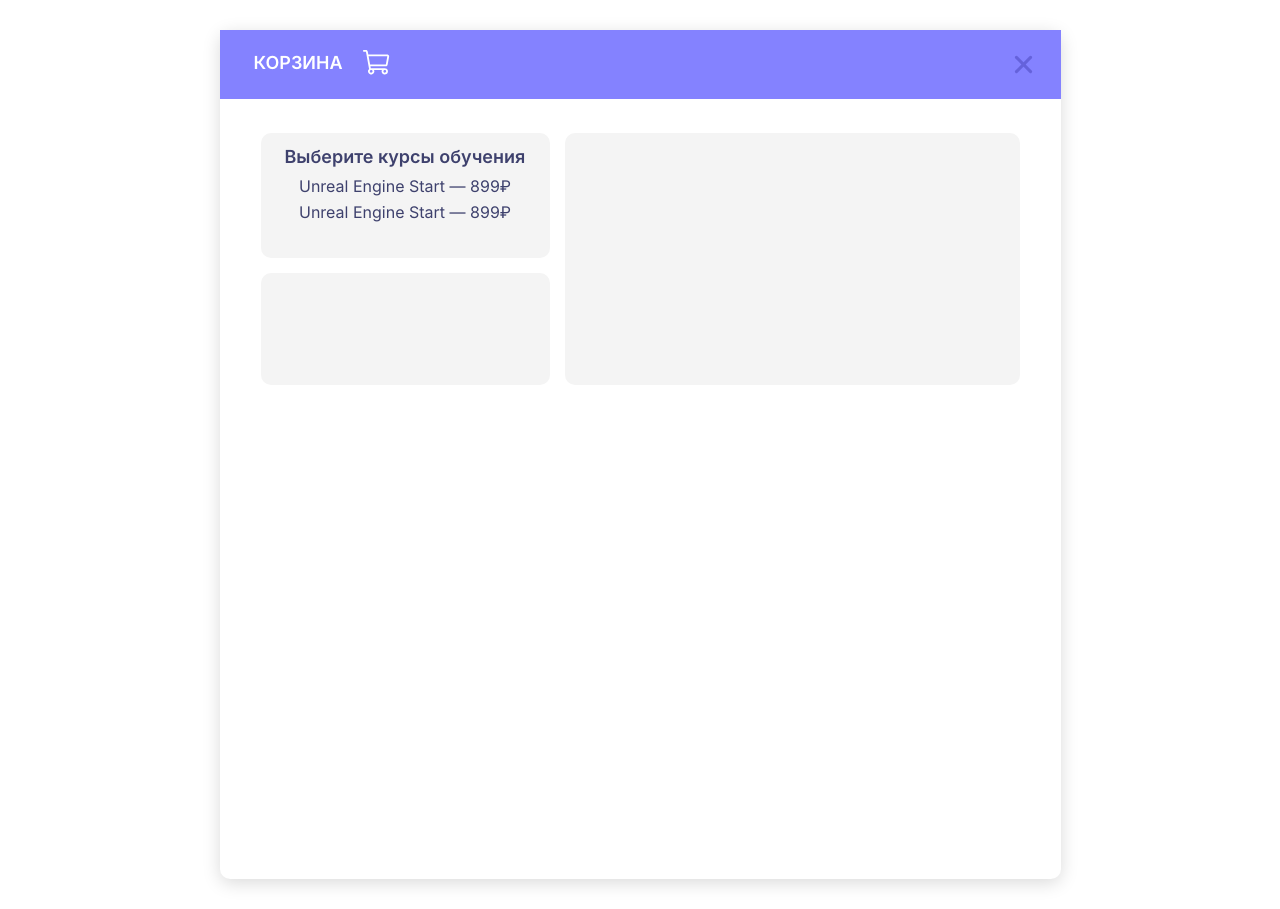
Repository: bek77g/unreal.academy
Page: basket.html
An editor plug-in stored every save of this project. The page is shown before and after the next save, followed by the edit.
The browser window is 1280 px wide. The pictures show the whole page.
The style sheet was rebuilt from its Sass, Less or Tailwind sources for each picture, by a compiler version that may differ from the author's.

Above is the page before, as saved 2021-05-05 17:00:08.

### basket.html
<!DOCTYPE html>
<html lang="en">
<head>
  <meta charset="UTF-8">
  <meta http-equiv="X-UA-Compatible" content="IE=edge">
  <meta name="viewport" content="width=device-width, initial-scale=1.0">
  <link rel="stylesheet" href="./src/css/style.css">
  <title></title>
</head>
<body>
    <main>
        <section class="basket">
            <div class="container">
                <div class="basket__card">
                    <div class="basket__header">
                        <div class="basket__logo">
                            <h3 class="basket__logo-title">КОРЗИНА</h3>
                            <div class="basket__logo-img">
                                <svg width="27" height="25" viewBox="0 0 27 25" fill="none" xmlns="http://www.w3.org/2000/svg">
                                    <path d="M24.6193 14.843L26.1041 6.67641C26.1516 6.41488 26.1411 6.1461 26.0734 5.88907C26.0056 5.63204 25.8822 5.39303 25.7119 5.18895C25.5415 4.98487 25.3285 4.8207 25.0877 4.70804C24.847 4.59538 24.5844 4.53699 24.3186 4.53699H5.29406L4.74012 1.49018C4.66427 1.07194 4.44395 0.693632 4.11763 0.421277C3.79131 0.148922 3.37971 -0.000178689 2.95468 1.60714e-07H0.907352C0.666707 1.60714e-07 0.435919 0.0956007 0.265757 0.265771C0.0955957 0.435941 0 0.666741 0 0.907398C0 1.14806 0.0955957 1.37886 0.265757 1.54903C0.435919 1.7192 0.666707 1.8148 0.907352 1.8148H2.95457L5.98319 18.4726C6.01027 18.6199 6.05549 18.7634 6.11782 18.8996C5.6648 19.2824 5.32806 19.7845 5.14574 20.3489C4.96343 20.9133 4.94283 21.5174 5.0863 22.0929C5.22976 22.6684 5.53154 23.1922 5.95744 23.605C6.38334 24.0178 6.91634 24.303 7.49602 24.4283C8.07571 24.5536 8.67891 24.5141 9.23728 24.3141C9.79564 24.1142 10.2868 23.7618 10.6552 23.297C11.0236 22.8322 11.2544 22.2734 11.3215 21.6841C11.3886 21.0948 11.2893 20.4985 11.0349 19.9628H18.9077C18.6129 20.5845 18.528 21.2851 18.6657 21.9593C18.8035 22.6335 19.1565 23.2446 19.6716 23.7008C20.1867 24.157 20.836 24.4336 21.5219 24.4888C22.2077 24.5441 22.8929 24.3751 23.4744 24.0072C24.0559 23.6393 24.5021 23.0926 24.746 22.4491C24.9899 21.8057 25.0182 21.1005 24.8267 20.4396C24.6352 19.7787 24.2342 19.1979 23.6841 18.7846C23.134 18.3713 22.4645 18.1479 21.7764 18.148H7.76863L7.43859 16.3332H22.8339C23.2589 16.3334 23.6705 16.1842 23.9968 15.9119C24.3231 15.6395 24.5434 15.2612 24.6193 14.843ZM9.5272 21.3239C9.5272 21.5931 9.44737 21.8562 9.29782 22.08C9.14827 22.3039 8.93571 22.4783 8.68701 22.5814C8.43832 22.6844 8.16466 22.7113 7.90064 22.6588C7.63663 22.6063 7.39412 22.4767 7.20378 22.2863C7.01343 22.0959 6.88381 21.8534 6.83129 21.5894C6.77878 21.3254 6.80573 21.0517 6.90874 20.803C7.01176 20.5543 7.1862 20.3417 7.41002 20.1922C7.63384 20.0426 7.89698 19.9628 8.16617 19.9628C8.52702 19.9632 8.87297 20.1067 9.12813 20.3619C9.38329 20.617 9.52681 20.963 9.5272 21.3239ZM23.1375 21.3239C23.1375 21.5931 23.0577 21.8562 22.9081 22.08C22.7586 22.3039 22.546 22.4783 22.2973 22.5814C22.0486 22.6844 21.7749 22.7113 21.5109 22.6588C21.2469 22.6063 21.0044 22.4767 20.8141 22.2863C20.6237 22.0959 20.4941 21.8534 20.4416 21.5894C20.3891 21.3254 20.416 21.0517 20.519 20.803C20.622 20.5543 20.7965 20.3417 21.0203 20.1922C21.2441 20.0426 21.5073 19.9628 21.7764 19.9628C22.1373 19.9632 22.4833 20.1067 22.7384 20.3619C22.9936 20.617 23.1371 20.963 23.1375 21.3239ZM5.62399 6.35179H24.3186L22.834 14.5184H7.10865L5.62399 6.35179Z" fill="white"/>
                                    </svg>
                            </div>
                        </div>
                        <div class="close-btn"></div>
                    </div>
                    <div class="basket__content">
                        <div class="basket__content-mcol">
                            <div class="basket__content-col">
                                <h4 class="basket__content-title">Выберите курсы обучения</h4>
                                <div class="checkbox basket__content-checkbox">
                                    <input type="checkbox" class="basket__checkbox">
                                    <label for="" class="basket__content-txt"><span>Unreal Engine Start — 899₽</span></label>
                                </div>
                                <div class="checkbox basket__content-checkbox">
                                    <input type="checkbox" class="basket__checkbox">
                                    <label for=""><span class="basket__content-txt">Unreal Engine Start — 899₽</span></label>
                                </div>
                            </div>
                            <div class="basket__content-col"></div>
                        </div>
                        <div class="basket__content-mcol">
                            <div class="basket__content-col basket__content-col-second"></div>
                        </div>
                    </div>
                </div>
            </div>
        </section>
    </main>
</body>

### src/scss/style.scss
@import url(../fonts/inter/stylesheet.css);
@import "../libs/bs/bootstrap-grid.min.css";

* {
  margin: 0;
  padding: 0;
  box-sizing: border-box;
  scroll-behavior: smooth;
}

.container {
  max-width: 1240px;
}

$inter: "Inter", sans-serif;

@mixin text($ff, $ft, $fw, $fs, $lh, $cr) {
  font-family: $ff;
  font-style: $ft;
  font-weight: $fw;
  font-size: $fs;
  line-height: $lh;
  color: $cr;
}

a {
  text-decoration: none;
  outline: none;
}
ul {
  list-style: none;
}

.close-btn {
  width: 23px;
  position: relative;
  background: transparent;
  height: 3px;
  cursor: pointer;
  &::before {
    content: "";
    position: absolute;
    border-radius: 100px;
    width: 100%;
    height: 100%;
    background: #6562db;
    transform: rotate(45deg);
  }
  &::after {
    content: "";
    position: absolute;
    border-radius: 100px;
    width: 100%;
    height: 100%;
    background: #6562db;
    transform: rotate(-45deg);
  }
}
.checkbox {
  display: flex;
  justify-content: center;
  align-items: center;
}

@import "header";
@import "home";
@import "video";
@import "courses";
@import "features";
@import "devstart";
@import "exs";
@import "lector";
@import "certificate";
@import "challange";
@import "slider";
@import "basket";

### src/scss/header.scss
.header {
  position: absolute;
  background-color: #fff;
  width: 100%;
  height: 140px;
  &__nav {
    display: flex;
    margin-top: 48px;
    justify-content: space-between;
    align-items: center;
  }
  &__logo {
    @include text($inter, normal, normal, 13px, 25px, #8482ff);
    &-part {
      color: #3e416d;
    }
  }
  &__mnu {
    display: flex;
    margin-top: 3px;
    column-gap: 57px;
    &-item a {
      @include text($inter, normal, normal, 16px, 19px, #3e416d);
      &:nth-child(2) {
        color: #8482ff;
      }
    }
  }
  &__dropper {
    position: relative;
  }
  &__dropdown {
    position: absolute;
    background: #fff;
    border: 1px solid #8482ff;
    width: 150px;
    top: 20px;
    display: none;
  }
  &__dropdown li a {
    width: 100%;
  }
  &__dropdown li:first-child a {
    @include text($inter, normal, normal, 16px, 17px, #8482ff);
  }
  &__dropdown li:last-child a {
    @include text($inter, normal, normal, 16px, 17px, #ff9882);
  }
  &__dropper:active > ul {
    display: block;
  }
}

### src/scss/home.scss
.home {
  background: url(../images/home/homeBG.png) top center/100% 100% no-repeat;
  background-size: cover;
  max-width: 100%;
  height: 870px;
  display: flex;
  justify-content: center;
  align-items: center;
  &__title {
    @include text($inter, normal, bold, 60px, 73px, #fff);
    width: 70%;
    margin: 100px auto 0;
    text-align: center;
  }
  &__btns {
    text-align: center;
    margin-top: 65px;
    display: flex;
    justify-content: center;
    &-style {
      @include text($inter, normal, 600, 16px, none, #fff);
      width: 164px;
      height: 49px;
      border: none;
      outline: none;
      border-radius: 4px;
    }
    &-start {
      background-color: #8482ff;
      margin-right: 30px;
      cursor: pointer;
      transition: 0.3s;
      &:hover {
        background-color: #55539e;
      }
    }
    &-more {
      background-color: transparent;
      border: 2px solid #ffffff;
      cursor: pointer;
      transition: 0.3s;
      &:hover {
        background-color: #ffffff;
        border: none;
        color: #555555;
      }
    }
  }
}

### src/scss/video.scss
.video {
  &__block {
    height: 439px;
    width: 776px;
    position: relative;
    background: url(../images/home/videoBOX.png) no-repeat;
    filter: drop-shadow(0px 4px 120px rgba(0, 0, 0, 9)),
      drop-shadow(0px 15px 29px rgba(0, 0, 0, 9));
    border-radius: 10px;
    margin: -104px auto 70px;
  }
  &__playbtn {
    display: inline-block;
    position: absolute;
    filter: drop-shadow(0px 4px 120px rgba(0, 0, 0, 0.1)),
      drop-shadow(0px 15px 29px rgba(0, 0, 0, 0.15));
    width: 114.1px;
    height: 114.1px;
    border-radius: 50%;
    font-size: 0;
    background-color: #fff;
    color: transparent;
    bottom: 105px;
    left: 50%;
    transform: translate(-50%, -50%);
    transition: 0.2s;
    cursor: pointer;
    img {
      width: 33px;
      height: 33px;
      margin: 40px 42px;
    }
  }
  &__arrow {
    width: 71px;
    height: 71px;
    margin: 0 auto;
    border-radius: 5px;
    display: block;
    padding-top: 11px;
    padding-left: 19px;
    background-color: #ff9882;
    filter: drop-shadow(0px 15px 30px rgba(255, 152, 130, 0.48));
  }
}

### src/scss/courses.scss
.courses {
  padding: 47px 0 109px;
  &__title {
    @include text($inter, normal, bold, 40px, 48px, #3e416d);
    text-align: center;
    margin-bottom: 23px;
  }
  &__col {
    margin: 40px 6.2px 0;
    height: 85%;
    padding: 17px 60px 17px 25px;
    background-color: #e7e7ff;
    border-radius: 10px;
    &-number {
      width: 82px;
      height: 60px;
      background-color: #8482ff;
      border-radius: 10px;
      margin-bottom: 25px;
    }
    &-title {
      @include text($inter, normal, bold, 40px, 63px, #fff);
      text-align: center;
    }
    &-subtitle {
      @include text($inter, normal, normal, 16px, 19px, #3e416d);
      opacity: 0.8;
    }
  }
}

### src/scss/features.scss
.features {
  padding-bottom: 74px;
  position: relative;
  overflow: hidden;
  &::before {
    content: "";
    background: url(../images/features/bfF.svg) top center/100% 100% no-repeat;
    width: 100%;
    height: 100%;
    position: absolute;
    top: 25%;
    right: 0;
    z-index: -1;
    bottom: -70px;
  }
  &__title {
    @include text($inter, normal, bold, 40px, 48px, #3e416d);
    width: 50%;
    margin: 0 auto;
    text-align: center;
    margin-bottom: 33px;
  }
  &__row {
    text-align: center;
    width: 93%;
    margin: 0 auto;
  }
  &__hr {
    width: 13%;
    height: 4px;
    margin: 0 auto;
    background: #8482ff;
  }
  &__mcol {
    margin-top: 47px;
    display: flex;
    justify-content: space-around;
  }
  &__col {
    padding: 38px 25px 35px;
    margin-right: 10px;
    border: 1px solid rgb(0, 0, 0);
    border-radius: 10px;
    text-align: center;
    background: #ffffff;
    &:nth-child(2) {
      padding: 37.5px 25px 35px;
    }
    &:nth-child(3) {
      padding: 37.5px 25px 35px;
    }
    &:nth-child(4) {
      padding: 37.4px 25px 35px;
    }
  }
  &__mcol &__col &__card-title {
    @include text($inter, normal, 600, 18px, 22px, #3e416d);
    margin: 18px 0 15px;
    color: #3e416d;
    &:nth-child(2) {
      margin: 17.5px 0 15px;
    }
    &:nth-child(3) {
      margin: 17.4px 0 15px;
    }
    &:nth-child(4),
    &:nth-child(5) {
      margin: 16px 0 15px;
    }
  }
  &__card-subtitle {
    @include text($inter, normal, normal, 16px, 19px, #3e416d);
    margin-top: 10px;
    opacity: 0.8;
  }
}

### src/scss/exs.scss
.exs {
  padding-top: 110px;
  height: 740px;
  background: #3e416d;
  &__title {
    @include text($inter, normal, bold, 40px, 48px, #fff);
    text-align: center;
    margin-bottom: 113.9px;
  }
  &__row {
    display: flex;
    justify-content: space-between;
  }
  &__mcol {
    position: relative;
  }
  &__mcol:first-child &__col img {
    top: 5.5px;
  }
  &__mcol:nth-child(2) &__col img {
    top: 10px;
  }
  &__mcol:nth-child(3) &__col img {
    top: 1px;
  }
  &__mcol:nth-child(4) &__col img {
    top: 15px;
  }
  &__mcol:nth-child(5) &__col img {
    top: 1px;
  }
  &__col img {
    z-index: 3;
    transition: 0.3s;
    position: absolute;
  }
  &__col {
    background: rgba(132, 130, 255, 0.23);
    border: 4px solid #8482ff;
    width: 100%;
    height: 197px;
    display: inline-flex;
    align-items: center;
    justify-content: center;
    border-radius: 46px;
    position: relative;
    padding-top: 50%;
    transition: 0.5s;
    z-index: 1;
    &:hover {
      transform: scale(1.2);
      padding: 50% 15px 0;
      width: 104%;
      background: #8482ff;
      border-radius: 46px;
      height: 110%;
      transition: 0.3s;
      img {
        transform: scale(0.9);
        transition: 0.5s;
      }
      .exs__hidtext {
        margin-top: 105px;
        color: #fff;
      }
      .exs__hidsub {
        color: #fff;
      }
      .exs__descrs {
        color: #8482ff;
      }
    }
  }
  &__hidtext {
    @include text($inter, normal, 600, 16px, 22px, transparent);
    transition: 0.3s;
    text-align: center;
  }
  &__hidsub {
    @include text($inter, normal, normal, 12px, 17px, transparent);
    transition: 0.3s;
    text-align: center;
    margin: 10px 0 10px;
    opacity: 0.8;
  }
  &__descrs {
    @include text($inter, normal, 600, 18px, 22px, #fff);
    text-align: center;
    top: 200px;
    width: 100%;
    position: absolute;
    left: 50%;
    transform: translateX(-50%);
    margin-top: 40px;
    color: #ffffff;
  }
}

### src/scss/lector.scss
.lector {
  padding: 80px 0 60px;
  background: #3e416d;
  text-align: center;
  &__title {
    @include text($inter, normal, bold, 40px, 48px, #fff);
    text-align: center;
    margin-bottom: 179px;
    &-part {
      color: #8482ff;
    }
  }
  &__face {
    position: relative;
    z-index: 1;
  }
  &__content {
    width: 90%;
    margin: 0 auto;
    display: flex;
    justify-content: center;
    align-items: center;
  }
  &__first {
    width: 33%;
    text-align: end;
    margin-top: -60px;
    margin-right: 30px;
    .lector__descrs:first-child {
      width: 174px;
    }
    .lector__descrs:nth-child(2) {
      margin-right: 48px;
      width: 280px;
    }
    .lector__descrs:nth-child(3) {
      width: 250px;
    }
  }
  &__second {
    width: 33%;
    text-align: center;
    margin-top: -60px;
    margin-left: 30px;
    .lector__descrs:first-child {
      margin-right: 110px;
      width: 214px;
    }
    .lector__descrs:nth-child(2) {
      margin-left: 52px;
      width: 272px;
    }
    .lector__descrs:nth-child(3) {
      width: 252px;
    }
  }
  &__eclipse {
    position: absolute;
    bottom: 64%;
    left: 50%;
    z-index: -1;
    transform: translateX(-50%);
    width: 452.95px;
    height: 208.23px;
    &::before {
      position: absolute;
      content: url(../images/lector/Ellipse31.svg);
      left: -23px;
      top: 25px;
    }
    &::after {
      position: absolute;
      content: url(../images/lector/Ellipse32.svg);
      top: 25px;
      left: -20px;
    }
    &-part {
      position: absolute;
      width: 452.95px;
      height: 208.23px;
      top: 60%;
      border-radius: 50%;
      border: 4.44944px solid #8482ff;
    }
    &-partcircle {
      position: absolute;
      width: 27.59px;
      height: 27.59px;
      right: 0;
      top: 50px;
      border-radius: 50%;
      background: #8482ff;
      &::before {
        content: "";
        position: absolute;
        width: 18.69px;
        height: 18.69px;
        top: 180px;
        border-radius: 50%;
        border: 0.889888px solid #8482ff;
      }
    }
    &-partcircle2 {
      position: absolute;
      width: 27.59px;
      height: 27.59px;
      border-radius: 50%;
      left: 40px;
      top: -12px;
      border: 4.44944px solid #8482ff;
      &::before {
        content: "";
        position: absolute;
        width: 19.69px;
        height: 19.69px;
        top: 284px;
        left: 47.6px;
        border-radius: 50%;
        background: #8482ff;
      }
    }
  }
  &__descrs {
    @include text($inter, normal, 600, 16px, 19px, #3e416d);
    display: inline-block;
    text-align: center;
    padding: 10px 14px;
    background: #ff9882;
    border-radius: 42px;
    width: 100%;
    height: 100%;
    margin-bottom: 25px;
  }
  &__socs {
    margin: 65.7px auto 0;
    width: 76px;
  }
  &__socs a {
    cursor: pointer;
  }
  &__name {
    @include text($inter, normal, 600, 30px, 36px, #ffffff);
    margin-top: 13.4px;
  }
  &__review {
    @include text($inter, normal, normal, 16px, 19px, #ffffff);
    margin-top: 13px;
    opacity: 0.8;
  }
}

### src/scss/certificate.scss
.certificate {
  padding: 60px 0 57px;
  background: #3e416d;
  &__row {
    display: flex;
    align-items: center;
    justify-content: center;
  }
  &__col {
    text-align: center;
    &:last-child {
      margin-bottom: 60px;
    }
  }
  &__cert {
    width: 416px;
    height: 555px;
  }
  &__title {
    @include text($inter, normal, bold, 40px, 48px, #fff);
    text-align: start;
  }
  &__des {
    @include text($inter, normal, normal, 18px, 22px, #fff);
    margin: 30px 0 36px;
    text-align: start;
  }
  &__get {
    margin-right: 56px;
  }
  &__sub {
    display: flex;
    &-title {
      @include text($inter, normal, 600, 18px, 22px, #fff);
      margin-bottom: 19px;
    }
    &-cov {
      @include text($inter, normal, normal, 16px, 19px, #fff);
    }
  }
  &__courses {
    margin-top: 10px;
    margin-left: 19px;
  }
  &__course {
    text-align: start;
    text-decoration-line: underline;
    position: relative;
    cursor: pointer;
    &:before {
      content: "·";
      position: absolute;
      font-size: 96px;
      bottom: 3px;
      left: -25px;
    }
  }
  &__courses a:first-child &__course {
    @include text($inter, normal, normal, 14px, 17px, #8482ff);
  }
  &__course:last-child {
    @include text($inter, normal, normal, 14px, 17px, #ff9882);
  }
}

### src/scss/challange.scss
.challange {
  padding: 57px 0 60px;
  background: #3e416d;
  &__box {
    padding: 60px 130px;
    background: #525794;
    border: 2px solid #8482ff;
    box-sizing: border-box;
    border-radius: 20px;
  }
  &__col {
    display: flex;
    align-items: center;
    justify-content: center;
    padding-right: 70px;
  }
  &__title {
    @include text($inter, normal, bold, 40px, 48px, #fff);
    margin-bottom: 40px;
    text-align: stert;
  }
  &__sub {
    display: flex;
  }
  &__fond {
    margin-right: 66px;
  }
  &__optxt {
    @include text($inter, normal, normal, 18px, 22px, #fff);
    opacity: 0.5;
    margin-bottom: 11px;
  }
  &__txt {
    @include text($inter, normal, bold, 30px, 36px, #fff);
    margin-bottom: 38px;
  }
  &__prises {
    display: flex;
    justify-content: space-between;
    margin-bottom: 43px;
    &-boxes {
      @include text($inter, normal, bold, 21.5548px, 26px, #fff);
      padding: 10.8px 16px;
      border-radius: 14.3698px;
      width: 190.4px;
      height: 100%;
      &:first-child {
        background: #ff9882;
        box-shadow: 0px 10.0589px 22.9918px -7.18492px rgba(255, 152, 130, 0.5);
      }
      &:nth-child(2) {
        background: #a5a5b5;
        box-shadow: 0px 10.0589px 22.9918px -7.18492px rgba(165, 165, 181, 0.5);
      }
      &:last-child {
        background: #ac8f73;
        box-shadow: 0px 10.0589px 22.9918px -7.18492px rgba(172, 143, 115, 0.5);
      }
    }
    &-txt {
      @include text($inter, normal, normal, 12.9329px, 16px, #fff);
      opacity: 0.5;
    }
  }
  &__btn {
    @include text($inter, normal, 600, 16px, 19px, #fff);
    width: 182px;
    height: 49px;
    border: none;
    outline: none;
    background: #8482ff;
    border-radius: 4px;
    cursor: pointer;
    &:hover {
      background: #4d4c92;
    }
  }
}

### src/scss/slider.scss
.slider {
  padding: 60px;
  background: #3e416d;
  &__title {
    @include text($inter, normal, bold, 40px, 48px, #fff);
    text-align: center;
  }
}

### src/scss/basket.scss
.basket {
  display: flex;
  align-items: center;
  justify-content: center;
  padding: 30px;
  &__card {
    width: 841px;
    height: 849px;
    margin: 0 auto;
    background: #ffffff;
    box-shadow: 0px 4px 18px rgba(0, 0, 0, 0.15);
    border-radius: 10px;
  }
  &__header {
    padding: 0 25.5px 0 34px;
    width: 100%;
    height: 69px;
    display: flex;
    justify-content: space-between;
    align-items: center;
    background: #8482ff;
  }
  &__logo {
    display: flex;
    &-title {
      @include text($inter, normal, 600, 18px, 26px, #fff);
      text-align: center;
      text-transform: uppercase;
      margin-right: 20px;
    }
  }
  &__content {
    height: 780px;
    width: 100%;
    padding: 34px 41px;
    display: flex;
    &-mcol:first-child {
      width: 289px;
      margin-right: 15px;
    }
    &-mcol:last-child {
      width: 455px;
    }
    &-title {
      @include text($inter, normal, 600, 18px, 22px, #3e416d);
    }
    &-txt {
      @include text($inter, normal, normal, 16px, 0, #3e416d);
      &::before {
        content: "";
        flex: 0 0 20px;
        height: 24px;
        background: #8482ff;
        border-radius: 5px;
      }
    }
    &-checkbox {
      margin-top: 18px;
      &:last-child {
        margin-top: 18px;
      }
    }
    &-col {
      background: #f4f4f4;
      padding: 13px 24px;
      border-radius: 10px;
      width: 100%;
      height: 125px;
      margin-bottom: 15px;
      &:nth-child(2) {
        height: 112px;
        padding: 15px 102px 15px 20px;
      }
      &-second {
        margin: 0;
        padding: 13px 15px 22px 20px;
        height: 252px;
      }
    }
  }
  &__checkbox {
    display: none;
  }
}

Loaded but not shown: src/fonts/inter/stylesheet.css (common file); src/libs/bs/bootstrap-grid.min.css (library); src/scss/devstart.scss (164 lines, source omitted)

After the next save:
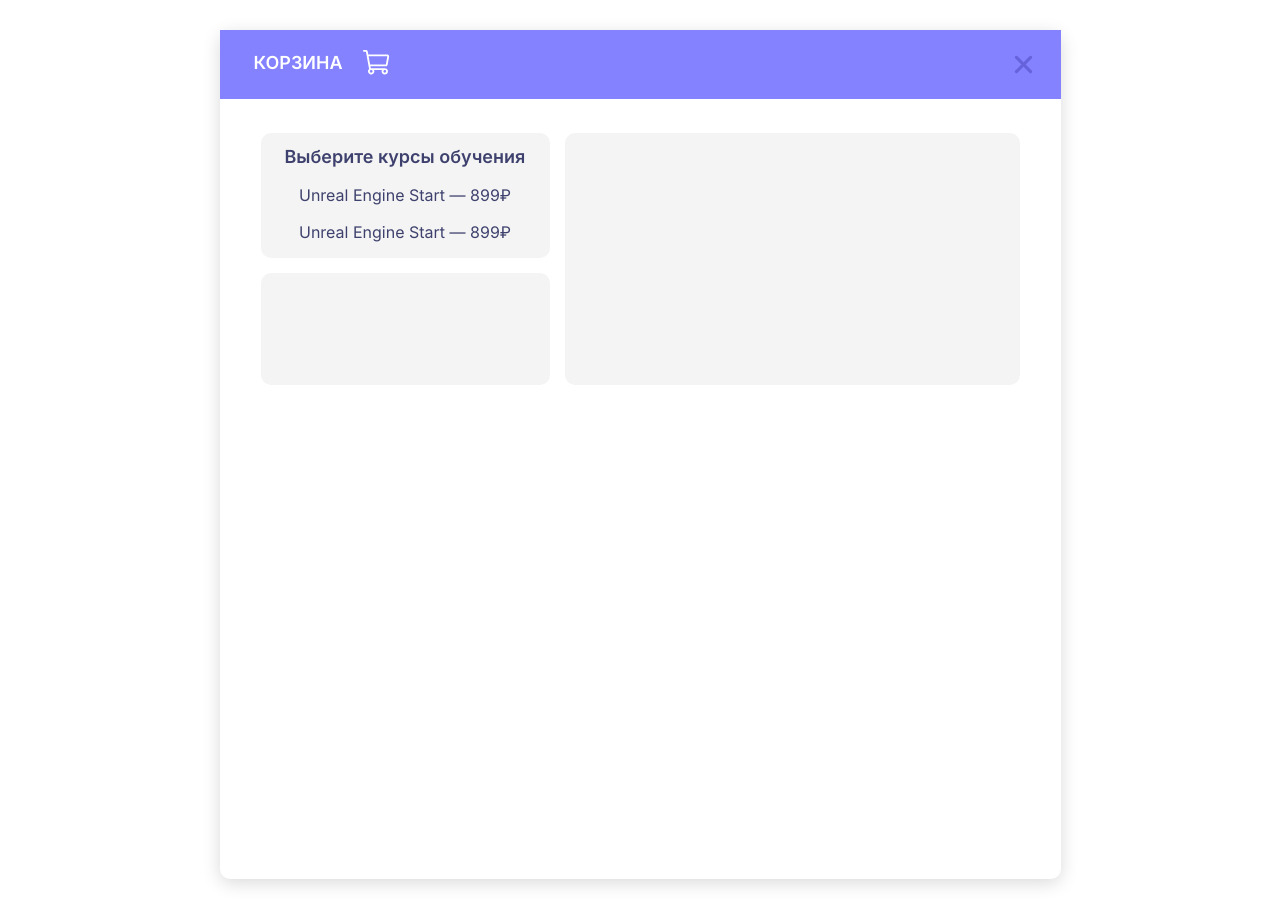
Saved 22 s later.
--- a/src/scss/basket.scss
+++ b/src/scss/basket.scss
@@ -45,7 +45,7 @@
       @include text($inter, normal, 600, 18px, 22px, #3e416d);
     }
     &-txt {
-      @include text($inter, normal, normal, 16px, 0, #3e416d);
+      @include text($inter, normal, normal, 16px, 19px, #3e416d);
       &::before {
         content: "";
         flex: 0 0 20px;
